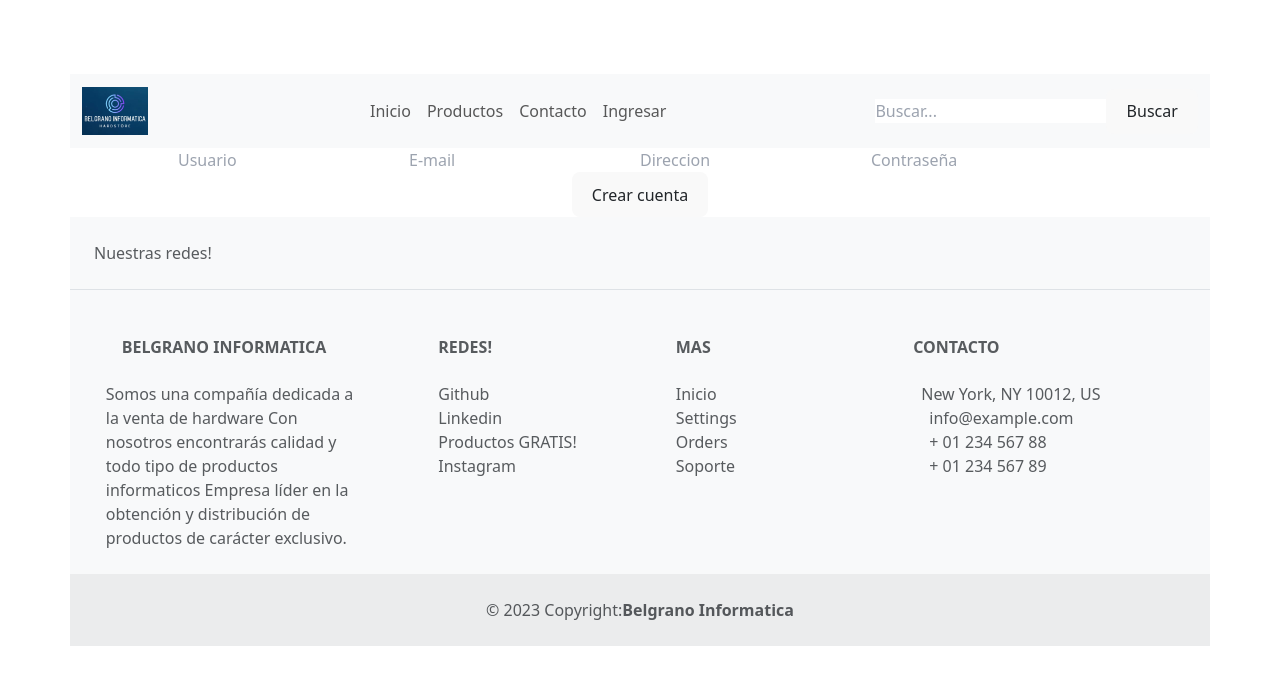
Repository: QuimeyAlejo/Belgrano-Front
Page: /register
The author's editor kept a copy of each file at every save. The page is drawn from the files as they stood at one save, then again after the next save.
The browser window is 1280 px wide. The pictures show the whole page.
The project was rebuilt for these pictures with package versions that can differ from the ones it lists, and the page was loaded fresh each time. Also part of the build but not shown: vite.config.js, src/components/CSS/card.css, src/components/home/card.jsx, src/components/filter/paginado.jsx, src/components/home/products.jsx, src/components/Cloudinary.jsx, src/components/Detail/detail.jsx, src/components/login/login.css and 1 more.

Above is the page before, as saved 2023-08-14 17:30:39.

After the next save:
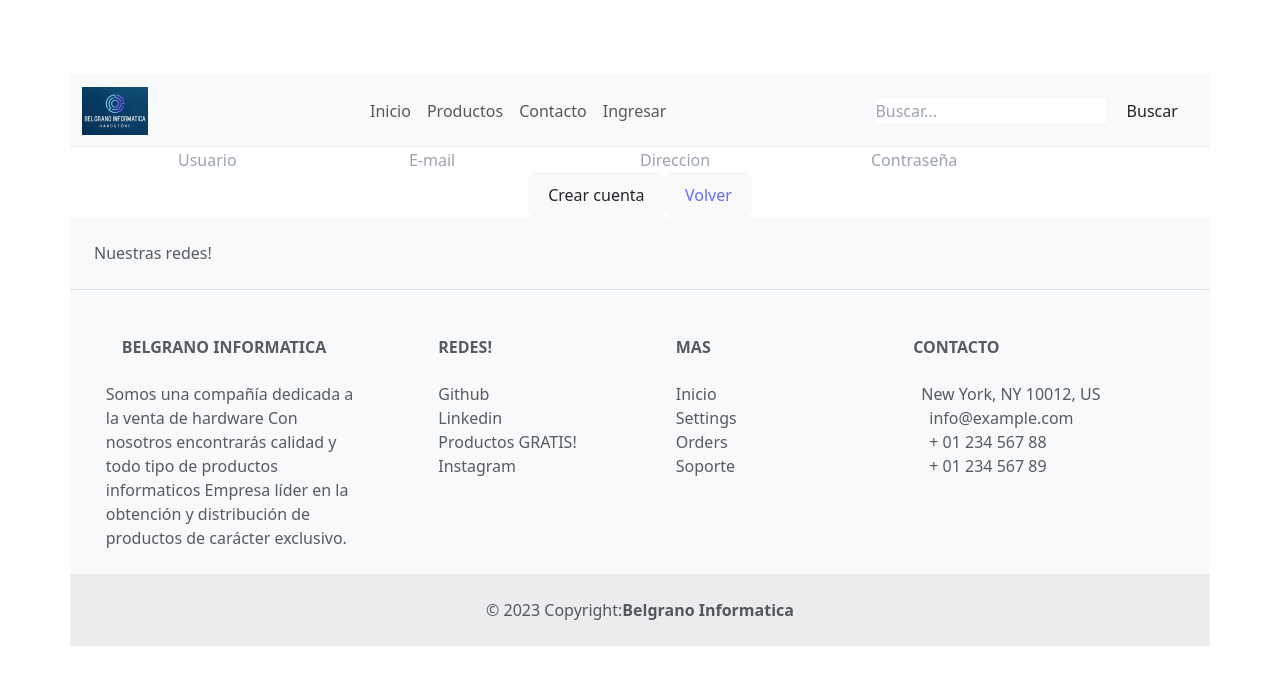
Saved 28 s later.
--- a/src/components/login/register.jsx
+++ b/src/components/login/register.jsx
@@ -43,6 +43,7 @@ export default function register() {
         </form>
         <>
         <button>Crear cuenta</button>
+        <Link to="/"><button>Volver</button></Link>
          </>
     </div>
   )
